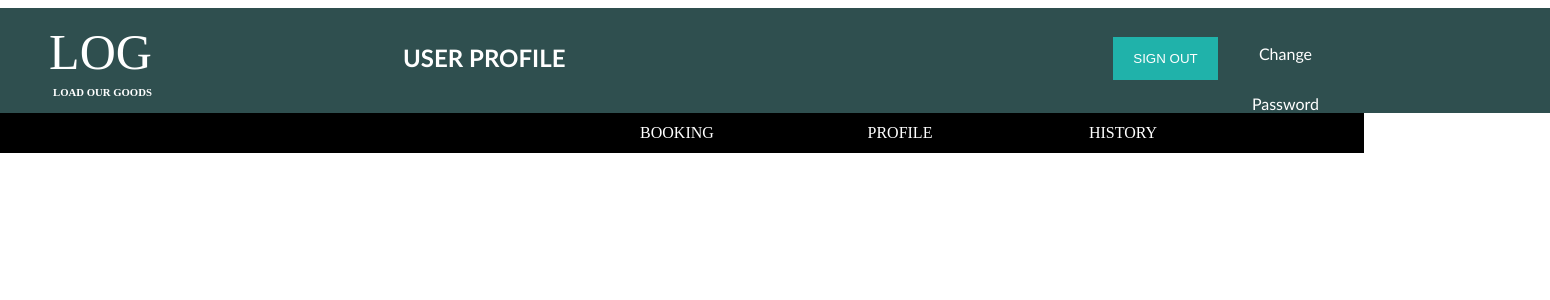
Repository: NAYAN9534/vehicle-booking-system
Page: http://localhost/minor/profile.jsp
An editor plug-in stored every save of this project. The page is shown before and after the next save, followed by the edit.
The browser window is 1280 px wide. The page is 1550 px wide, so the pictures cover 1550 px, including what lies to the right of the window. The pictures show the whole page.
The page is served by Tomcat 9.

Above is the page before, as saved 2017-05-27 09:21:56.

After the next save:
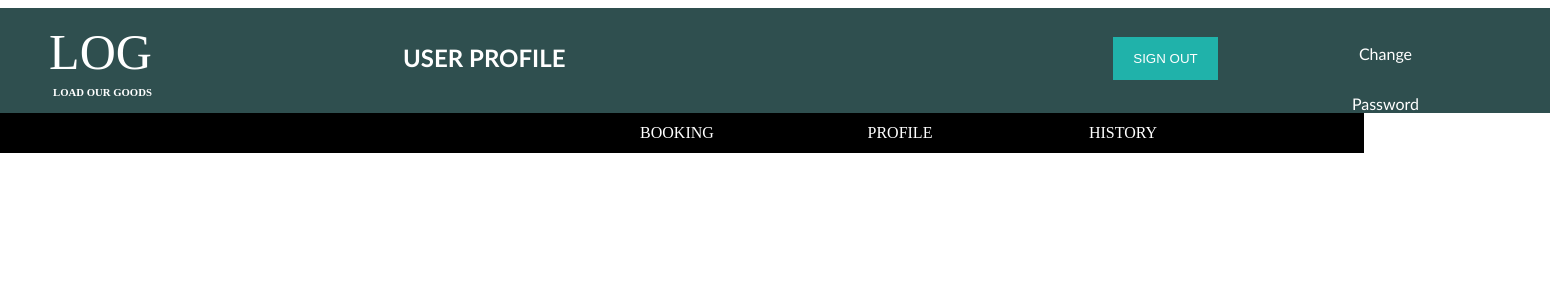
Saved 3 min 36 s later.
--- a/minor/WebContent/profile.jsp
+++ b/minor/WebContent/profile.jsp
@@ -79,6 +79,7 @@
      float:left;
      font-size:16px;
      width:120px;
+     margin-right:100px;
      text-align:center;
      height:40px;
      line-height:50px;
@@ -195,7 +196,7 @@
  <div id="right_header">
       <ul>
       <li><a href="signout.jsp"><button style="width:auto;">SIGN OUT</button></a></li>
-      <li><a href="change_pass.jsp">Change Password</a></li> </div>
+      <li><a href="change_pass.jsp">Change<br> Password</a></li> </div>
       </ul>
 </div>
 
